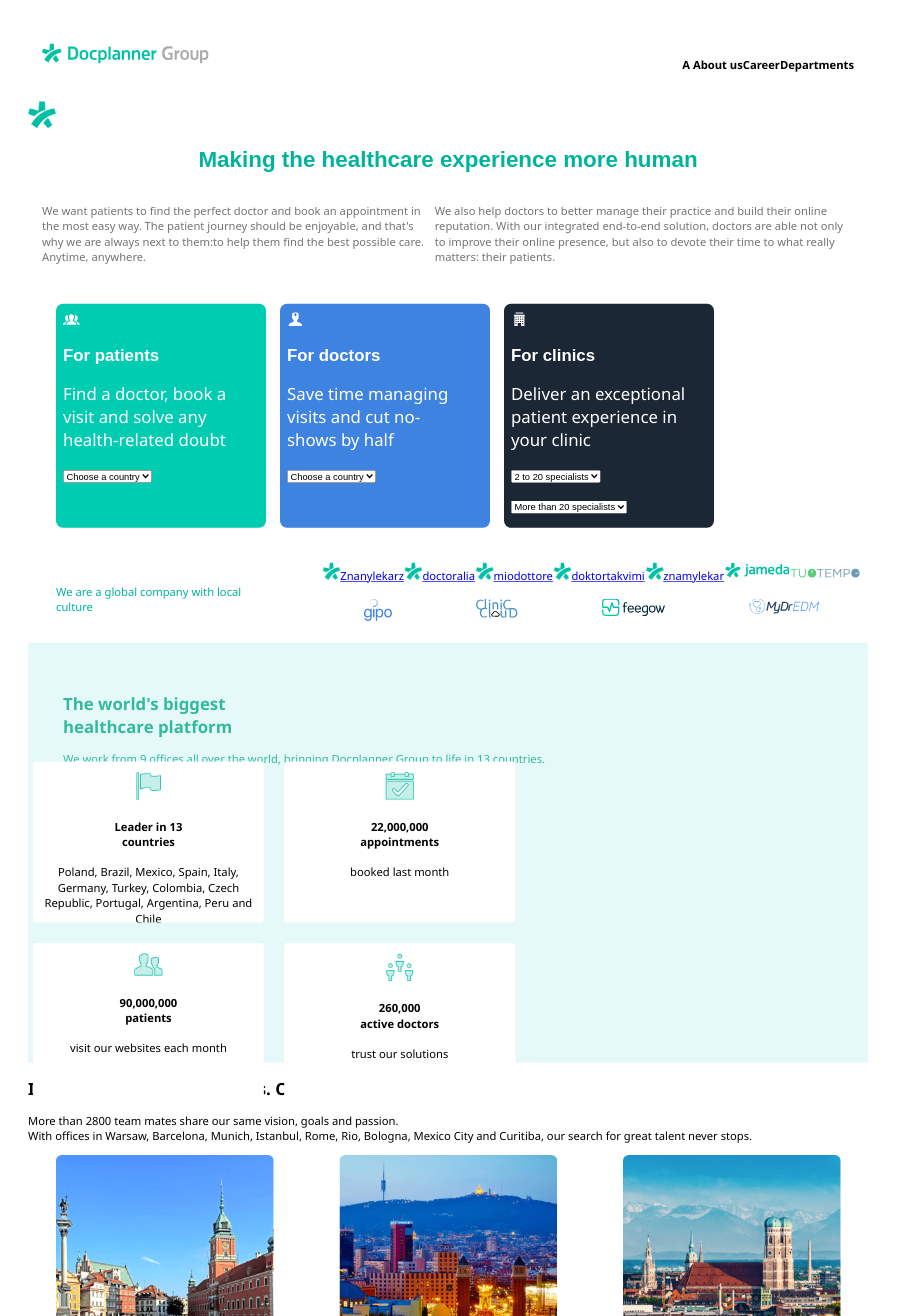
Repository: awa-creator/Checkpoint4
Page: doc.html
The author's editor kept a copy of each file at every save. The page is drawn from the files as they stood at one save, then again after the next save.
The browser window is 1280 px wide. The page is 1320 px wide, so the pictures cover 1320 px, including what lies to the right of the window. The pictures show the part of the page from y = 0 to 1880 px (the page is 3539 px tall before and 3571 px after), at 70% of full size.

Above is the page before, as saved 2024-09-23 02:38:38.

### doc.html
<!DOCTYPE html>
<html lang="en">
<head>
    <meta charset="UTF-8">
    <meta name="viewport" content="width=device-width, initial-scale=1.0">
    <title>Document</title>
    <link rel="stylesheet" href="style1.css">

</head>

<body>
        <header class="Doc_header" >
            <img src="image/imagdocplanner/logo-default-group-en.svg" alt="logo" width="238px" height="33px">
            <ul class="nav_menu">
            <h4>A About us</h4>
        <h4> Career</h4>
        <h4>Departments</h4>
    </ul>
</header>
    <section class="Introduction">
        <div class="intrologo">
            <img src="image/imagdocplanner/sygnet.png" alt=""></div>
               <h1 class="tittle_intro" >Making the healthcare experience more human</h1>
        <div class="intro_text">
        <p class="ipara1">We want patients to find the perfect doctor and book an appointment in the most easy way. The patient journey should be enjoyable, and that's why we are always next to them:to help them find the best possible care. Anytime, anywhere.</p>
        <p class="ipara2"> We also help doctors to better manage their practice and build their online reputation. With our integrated end-to-end solution, doctors are able not only to improve their online presence, but also to devote their time to what really matters: their patients.</p>
        </div>
        </section>
        <section class="box">
            <div class="boxp">
                <img src="image/imagdocplanner/icon-patients.svg" alt="">
                <h2 class="text">For patients</h2> <p class="boxtext">Find a doctor, book a <br> visit and solve any <br> health-related doubt</p>
             <div class="">
   <select name="selectp" id="">
    <option value="">Choose a country</option>
    <option value="">Tunisia</option>
    <option value="">Morocco</option>
    <option value="">Senegal</option>
    <option value="">England</option>
    <option value="">Sweden</option>
    <option value="">France</option>
    <option value="">Saudi Arabia</option>
    <option value="">Japan</option>
   </select>
             </div>
            </div>
            <div class="boxd">
                <img src="image/imagdocplanner/icon-doctors.svg" alt=""> <h2 class="text">For doctors</h2> <p class="boxtext">Save time managing <br>visits and cut no- <br>shows by half</p>
            <div class="selectd">
                <select name="" id="">
                    <option value="">Choose a country</option>
                    <option value="">Argentina</option>
                    <option value="">Brazil</option>
                    <option value="">Chili</option>
                    <option value="">Colombia</option>
                    <option value="">Czech</option>
                    <option value="">Germany</option>
                    <option value="">Italy</option>
                    <option value="">Mexico</option>
                    <option value="">Peru</option>
                    <option value="">Poland</option>
                    <option value="">Spain</option>
                    <option value="">Turkey</option>
                   </select>
            </div>
            </div>
            <div class="boxc">
                <img src="image/imagdocplanner/icon-clinics.svg" alt=""> <h2 class="text">For clinics</h2> <p class="boxtext">Deliver an exceptional <br> patient experience in <br> your clinic</p>
            <select name="" id="">
                <option value="">2 to 20 specialists</option>
                    <option value="">Brazil</option>
                    <option value="">Czech</option>
                    <option value="">Germany</option>
                    <option value="">Italy</option>
                    <option value="">Mexico</option>
                    <option value="">Poland</option>
                    <option value="">Spain</option>
                    <option value="">Turkey</option>
            </select> <br><br>
            <select name="" id="">
                <option value="">More than 20 specialists</option>
                <option value="">Brazil</option>
                <option value="">Italy</option>
                <option value="">Mexico</option>
                <option value="">Poland</option>
                <option value="">Spain</option>
            </select>
            </div>
        </section>
        <section class="brand_section">
            <p class="brand_intro"> We are a global company  with local culture </p>
            <ul class="brand_logo">
            <a class="bl" href="https://www.znanylekarz.pl/" ><img class="im" src="image/imagdocplanner/sygnet.png" alt="">Znanylekarz</a>
            <a class="bl" href="https://www.doctoralia.es/"><img class="im" src="image/imagdocplanner/sygnet.png" alt="">doctoralia</a>
            <a class="bl" href="https://www.miodottore.it/"><img class="im" src="image/imagdocplanner/sygnet.png" alt="">miodottore</a>
            <a class="bl" href="https://www.doktortakvimi.com/"><img class="im" src="image/imagdocplanner/sygnet.png" alt="">doktortakvimi</a>
            <a class="bl" href="href=https://www.znamylekar.cz/"><img class="im" src="image/imagdocplanner/sygnet.png" alt="">znamylekar</a>
            <a class="bl" href="https://www.jameda.de/"><img class="jameda" src="image/imagdocplanner/logo-jameda.svg" alt=""></a>
            <a href="https://tuotempo.com/powered-by-tuotempo"><img class="tuotempo" src="image/imagdocplanner/logo-tuotempo.svg" alt="" width="140px" height="30px"></a>
            <a href="https://gipo.it/?redirect_origin=www.gipo.it"><img class="gipo" src="image/imagdocplanner/logo-gipo-primary.svg" alt=""></a>
            <a href="href=https://clinic-cloud.com/"><img class="clinic" src="image/imagdocplanner/logo-clinicloud.svg" alt=""></a>
            <a  href="href=https://feegowclinic.com.br/"><img class="feegowclinic"  src="image/imagdocplanner/logo-feegow.svg" alt=""></a>
            <a  href="href=https://mydr.pl/welcome/"><img class="mydr" src="image/imagdocplanner/my-dr-edm-logo.svg" alt="" ></a>
        </ul>
    </section>
        <section class="platform">
            <div class="plat">
            <h1> The world's biggest <br>healthcare platform</h1>
<p>We work from 9 offices all over the world, bringing Docplanner Group to life in 13 countries.</p></div>
       <div class="logsynget"> <img class="logosy" src="image/imagdocplanner/sygnet.png" alt=""></div>


                     <div class="grid">
                <div class="column1">
                    <img src="image/imagdocplanner/flag.png" alt=""> <h4>Leader in 13 <br>countries</h4> <p>Poland, Brazil, Mexico, Spain, Italy, Germany, Turkey, Colombia, Czech Republic, Portugal, Argentina, Peru and Chile</p>
                        </div>
                 <div class="column2">
                    <img src="image/imagdocplanner/visits.png" alt=""> <h4>22,000,000 <br>appointments</h4><p>booked last month</p>
                        </div>
                 <div class="column1">
                    <img src="image/imagdocplanner/patients.png" alt=""><h4>90,000,000 <br>patients</h4><p>visit our websites each month</p>
                        </div>
                <div class="column2">
                    <img src="image/imagdocplanner/doctors.png" alt=""><h4>260,000 <br>active doctors</h4> <p>trust our solutions</p>
                        </div>
                    </div>

        </section>
        <section class="contries">
            <h1>Improve the lives of millions. Change yours forever.</h1>
            <p> More than 2800 team mates share our same vision, goals and passion. <br>With offices in Warsaw, Barcelona, Munich, Istanbul, Rome, Rio, Bologna, Mexico City and Curitiba, our search for great talent never stops. </p>
        </section>
       <section>
            <ul class="picture" >
     <li class="contry1">
        <img class="coun" src="image/imagdocplanner/warsaw.png" alt=""><div class="count">Warsaw <a href="#">SEE OPENINGS</a></div></li>
<li class="country2">
<img class="coun"  src="image/imagdocplanner/barcelona.png" alt=""><div class="count">Barcelona <a href="#" target="_blank" rel="noopener noreferrer">SEE OPENINGS</a></div>
</li>
<li class="country3">
<img class="coun" src="image/imagdocplanner/munich.png" alt=""><div class="count">Munich <a href="#" target="_blank" rel="noopener noreferrer">SEE OPENINGS</a></div>
</li>
<li class="country3">
<img class="coun" src="image/imagdocplanner/istanbul.png" alt=""> <div class="count">Istanbul <a href="#" target="_blank" rel="noopener noreferrer">SEE OPENINGS</a></div>
</li>
<li class="country4">
<img class="coun" src="image/imagdocplanner/rome.png" alt=""><div class="count">Rome<a href="#" target="_blank" rel="noopener noreferrer">SEE OPENINGS</a></div>
</li>
<li class="country5">
<img class="coun" src="image/imagdocplanner/bologna.png" alt=""><div class="count">Bologna<a href="#" target="_blank" rel="noopener noreferrer">SEE OPENINGS</a></div>
</li>
<li class="country6">
    <img class="coun" src="image/imagdocplanner/curitiba.png" alt=""><div class="count">Curitiba<a href="#" target="_blank" rel="noopener noreferrer">SEE OPENINGS</a></div>
    </li>
    <li class="country7">
        <img class="coun" src="image/imagdocplanner/rio-janeiro.png" alt=""><div class="count">Rio De Janeiro<a href="#" target="_blank" rel="noopener noreferrer">SEE OPENINGS</a></div>
        </li>
        <li class="country8">
            <img class="coun" src="image/imagdocplanner/mexico-city.png" alt=""><div class="count">Mexico City<a href="#" target="_blank" rel="noopener noreferrer">SEE OPENINGS</a></div>
            </li>
            <li class="country9">
                <img class="coun" src="image/imagdocplanner/bogota.png" alt="" ><div class="count">Bogota<a href="#" target="_blank" rel="noopener noreferrer">SEE OPENINGS</a></div>
                </li>
                <li class="country10">
                    <img class="coun" src="image/imagdocplanner/amsterdam.png" alt=""><div class="count">Amsterdam<a href="#" target="_blank" rel="noopener noreferrer">SEE OPENINGS</a></div>
                    </li>
                </ul>
            </section>
<section>
    <p class="conclu"> Sounds interesting? Join us now!</p>
    <div class="finish"><a href="" target="_blank" rel="noopener noreferrer">SEE ALL CURRENT OPENINGS</a></div>
</section>



</body>
<footer> <hr>
    <p class="end">We are leaders in 13 countries: Poland,Turkey, Spain, Italy, Germany, Czech Republic, Portugal, Mexico, Colombia, Brazil, Argentina, Peru and Chile
    <br>www.docplanner.com © 2024 </p>

</footer>
</html>

### style1.css
body{
    font-family: 'Segoe UI', Tahoma, Geneva, Verdana, sans-serif;
    padding: 10px;
    margin: 30px;
}
.Doc_header{
    display: inline-block;
    position: sticky;
    padding: 10px;
    margin: 10px;
    display: flex;
    justify-content: space-between;
}
.logo{
    display: flex;
}
.nav_menu{
    padding: 0px;
    margin: 0px;
    display: flex;
    justify-content: flex-end;
}
.intrologo{
align-content: center;
    width:40px;
    height: 39px;
}
.tittle_intro{
text-align: center;
color:#00b39b;
font-size:2em;
font-family:Arial, Helvetica, sans-serif;
}
.intro_text{
    display: flex;
    justify-content: space-around;
    color:#747474;
    font-family: system-ui, -apple-system, BlinkMacSystemFont, 'Segoe UI', Roboto, Oxygen, Ubuntu, Cantarell, 'Open Sans', 'Helvetica Neue', sans-serif;
    font-size: 16px;
    margin:20px;
}
.box{
    display: flex;
    margin: 30px;
    width: 80%;
    flex-direction: row;
    justify-content: space-between;
    align-content:space-between;

}

.boxp{
    background-color:#00ccb1;
   padding: 10px;
   border-radius: 10px;
   color: white;
   margin: 10px;
   height: 300px;
   flex-basis: 48%;
   width: 20%;
   padding: 10px;
}
.boxd{
    background-color:#3d83df ;
   padding: 10px;
   border-radius: 10px;
   color: white;
   margin: 10px;
   height: 300px;
   flex-basis: 48%;
   width:20%;
}
.boxc {
    background-color:#1b2734;
    padding: 10px;
    border-radius: 10px;
    color: white;
    margin: 10px;
    height: 300px;
    flex-basis: 48%;
    width:20%;
}
.text{
    font-family: Arial, Helvetica, sans-serif;
}
.boxtext{

    font-size: 24px;
}
.selectp{
    background-color: none;
}
.brand_intro{
    display: flex;
    justify-content: space-between;
    color: #00b39b;
    float: left;
    width: 33%;
    padding: 20px;
    margin: 20px;
    size: 50px;
}
.brand_section{
    display: flex;
    justify-content: space-between;
}
.brand_logo{
    display: flex;
    flex-wrap: wrap;
    justify-content: space-around;
    margin: 10px;
}
.im{
    height: 25px;
    width:25px;
   color:#747474;
}
.tuotempo{
    width: 100px;
}
.gipo{
    width: 40px;
}
.clinic{
    width: 60px;
}
.feegowclinic{
    width: 90px;
}
.mydr{
    width: 100px;
}
.mydr{
    color: #747474;
}
.platform{
    background-color:#e5faf8;
    display:flex;
    justify-content: space-between;
    flex-direction: column;
    height: 600px;
}

.plat{
    padding: 20px;
    width: 100%;
    color:#34b99d;
    max-width: 1100px;
    margin: 0 auto;
    padding: 0 20px;
    margin-top: 50px;
}
.logosy{
    padding-left: 50px;
    padding-top: 50px;
}
.logsynget{
    position: absolute;
    padding-top: 200px;
    width: 100%;
    height: 100%;
    overflow: hidden;
    clip-path: inset(0 0 25% 0);
}
.grid{
    display:flex;
    display: grid;
    grid-template-columns: repeat(2, 2fr);
    gap: 15px;
    width: 100%;
    max-width: 350px;
    position: relative;
    flex-wrap: wrap;
}

.column1,.column2{
     justify-content: space-between;
    flex-wrap: wrap;
    height: 200px;
    margin: 7px;
    width: 300px;;
    background-color:#FFF;
    padding: 15px;
    border-radius: 5px;
    text-align: center;
    overflow: hidden;
    transform: translateY(-30px);
}

.contries{
    justify-content: center;
}
.picture{
    display: grid;
    grid-template-columns: repeat(3, 400px);
    grid-template-rows: repeat(3, 400px);
    list-style-type: none;
    grid-gap: 5px;
    margin: auto;
}
.coun{
    border-radius: 8px;
    width: 311px;
    height:280px;
}

.count a{
    width: 70px;
    height: 15px;
    left: 200px;
    top: -50px;
    background-color: #2c7de7;
    color: white;
    font-size: .625rem;
    padding: 1em 1.5em;
    border-radius: 4px;
    bottom: px;
}
.count,.count a{
    margin: 20px;
    padding: 10px;
}
.conclu{
font-size: 30px ;
}
.finish{
    width: 70px;
    height: 30px;
    left: 250px;
    top: -50px;
    background-color: #2c7de7;
    color: white;
    font-size: .625rem;
    padding: 25px;
    border-radius: 4px;
    bottom: px;
}
.end{
    color: #747474;
    text-align: center;
}

After the next save:
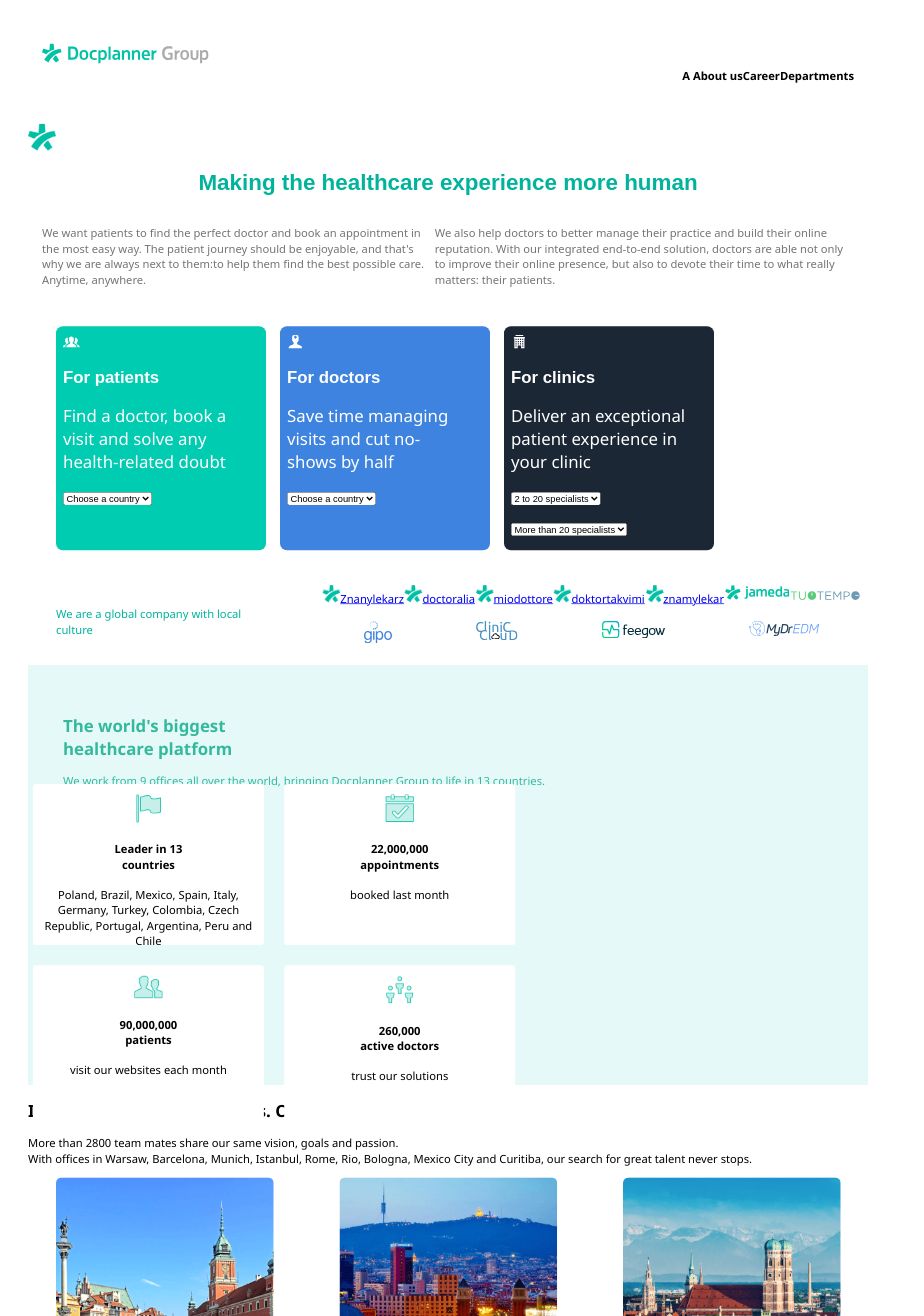
Saved 8 s later.
--- a/style1.css
+++ b/style1.css
@@ -15,8 +15,6 @@
     display: flex;
 }
 .nav_menu{
-    padding: 0px;
-    margin: 0px;
     display: flex;
     justify-content: flex-end;
 }

After the save that followed:
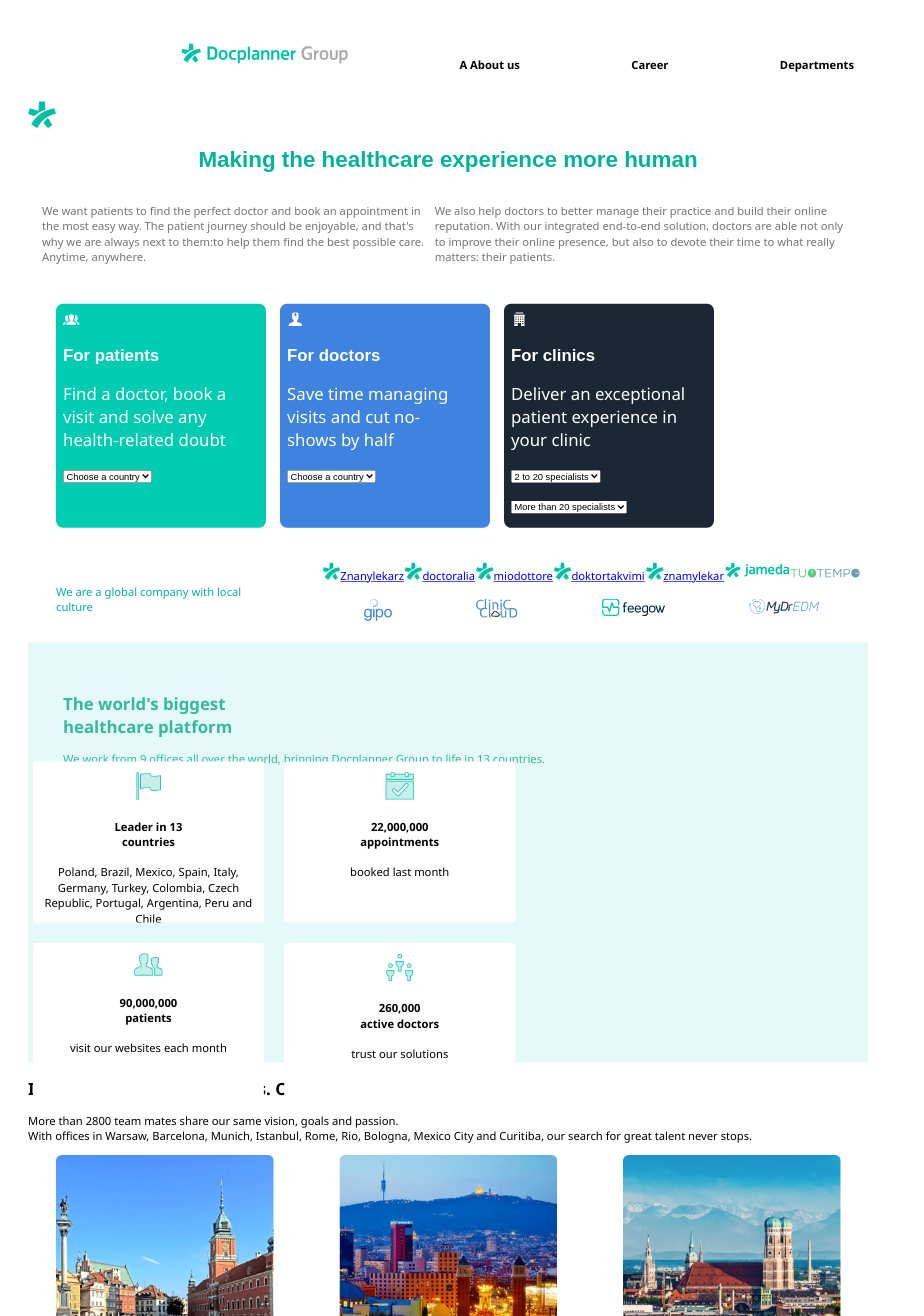
Saved 33 s later.
--- a/doc.html
+++ b/doc.html
@@ -10,8 +10,8 @@
 
 <body>
         <header class="Doc_header" >
+            <ul class="nav_menu"></ul>
             <img src="image/imagdocplanner/logo-default-group-en.svg" alt="logo" width="238px" height="33px">
-            <ul class="nav_menu">
             <h4>A About us</h4>
         <h4> Career</h4>
         <h4>Departments</h4>
